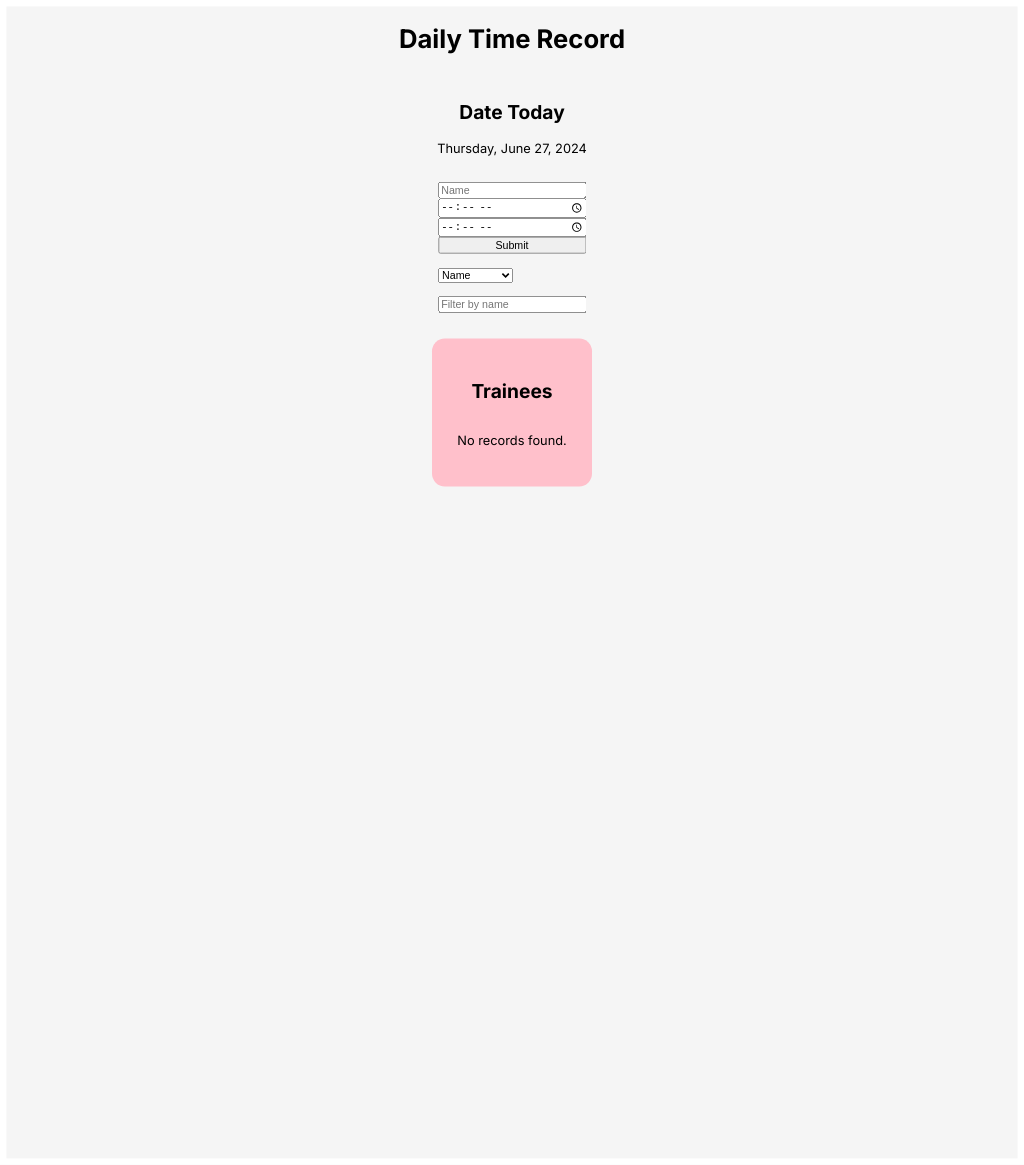
Repository: EeeeeEyyyy/daily_time_record
Page: /
These files come from the project's save history. The page is drawn as it stood at one moment and after the next save; the edit follows.
The browser window is 1280 px wide. The pictures show the whole page, at 80% of full size.
The project was rebuilt for these pictures with package versions that can differ from the ones it lists, and the page was loaded fresh each time. The framework's server and built-in components were replaced by stand-ins that run in the browser. Also part of the build but not shown: next.config.mjs, src/app/globals.css.

Above is the page before, as saved 2024-06-27 15:35:14.

After the next save:
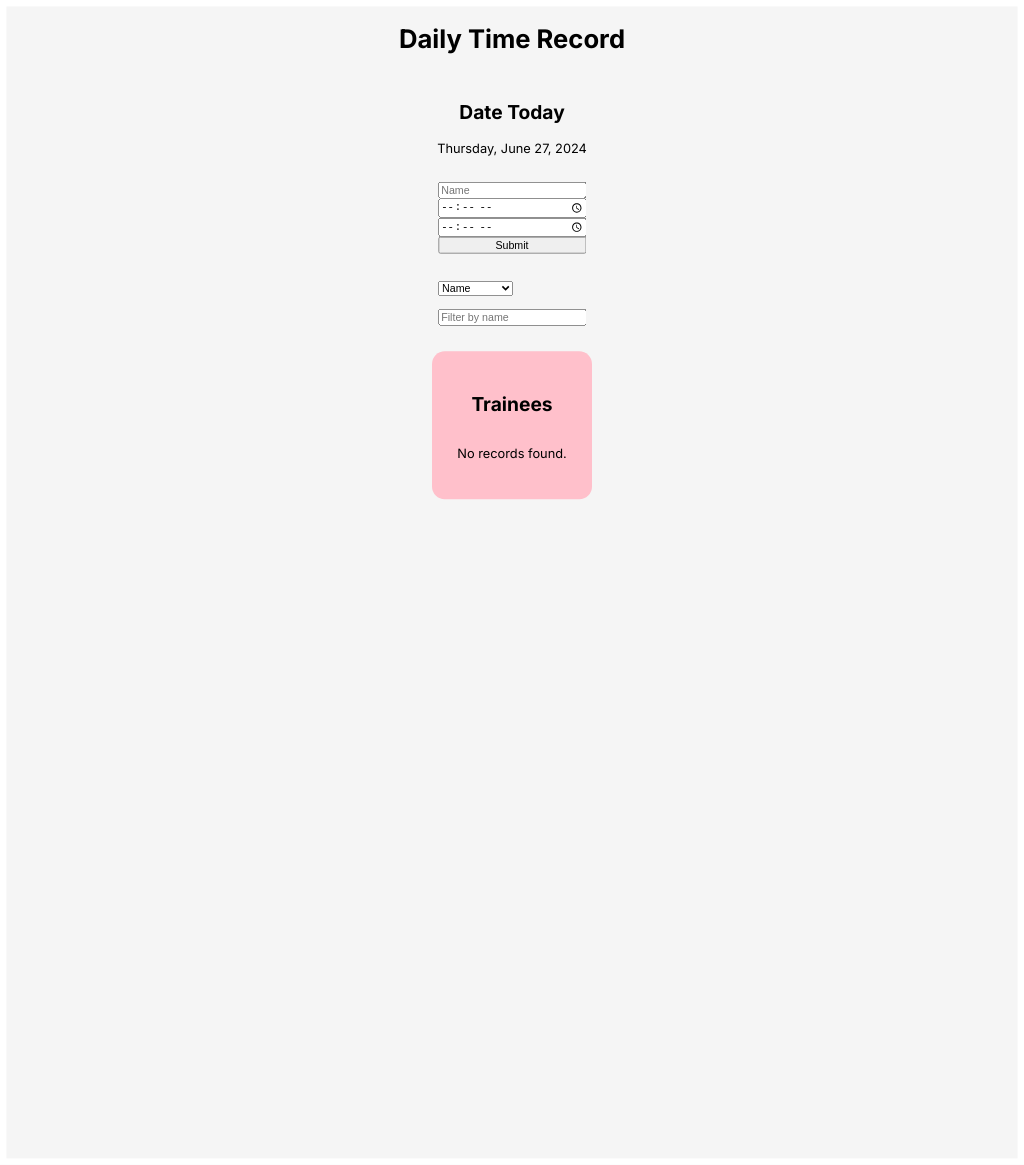
Saved 48 s later.
--- a/src/app/page.js
+++ b/src/app/page.js
@@ -137,7 +137,9 @@ const DailyTimeRecord = () => {
       <button onClick={handleSubmit}>
         {editIndex !== null ? 'Update' : 'Submit'}
       </button>
-      <div style={{ marginTop: '1rem' }}>
+
+</div>
+  <div style={{ marginTop: '1rem' }}>
         <select value={filterType} onChange={handleFilterTypeChange}>
           <option value="name">Name</option>
           <option value="date">Date</option>
@@ -152,7 +154,6 @@ const DailyTimeRecord = () => {
           style={{ display: 'block', marginTop: '1rem' }}
         />
       </div>
-</div>
       <div className={styles.trainees_m}style={{ marginTop: '1rem' }}>
         <h2>Trainees</h2>
         {filteredData.length > 0 ? (
